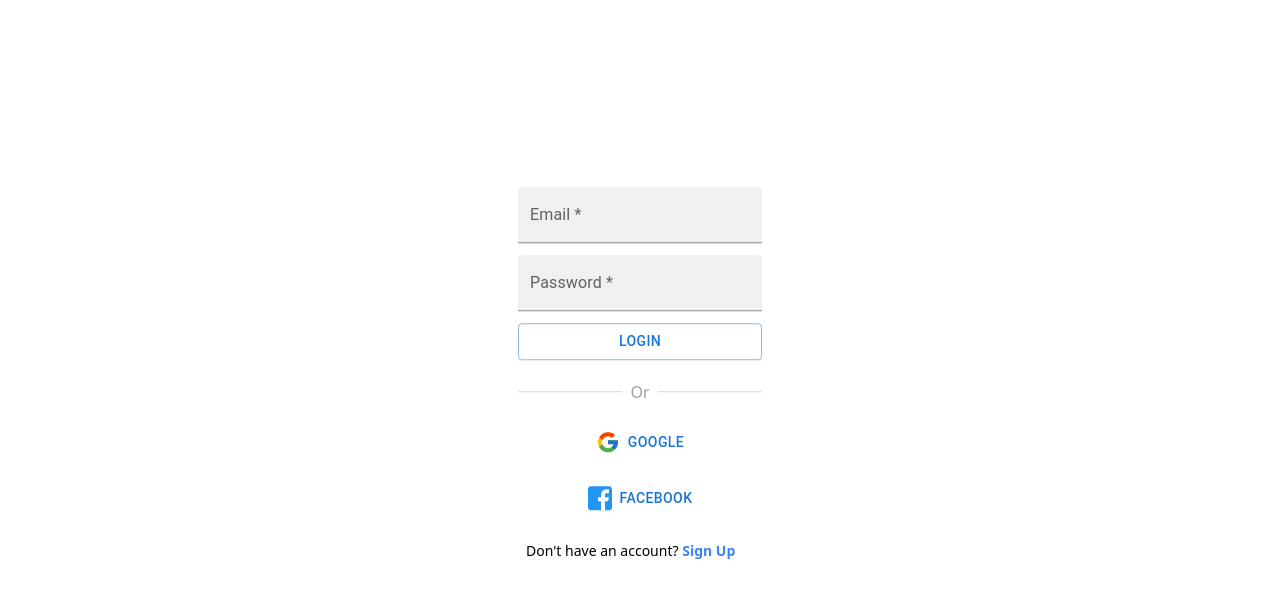
Repository: satya-ranjon/Instagram-clone-dev
Page: /login
These files come from the project's save history. The page is drawn as it stood at one moment and after the next save; the edit follows.
The browser window is 1280 px wide. The pictures show the whole page.
The project was rebuilt for these pictures with package versions that can differ from the ones it lists, and the page was loaded fresh each time. Also part of the build but not shown: src/components/PostDetiels/PostDetielPost.jsx, src/components/PostDetiels/PostDetielsHader.jsx, src/components/PostDetiels/SingleComment.jsx, src/components/PostDetiels/CommentDetiels.jsx, src/components/PostDetiels/Comment.jsx, src/components/PostDetiels/PostDitelsFooter.jsx, src/components/PostDetiels/PostDetielsContainer.jsx, src/components/Expolor/ExpolorPost.jsx and 37 more.

Above is the page before, as saved 2022-04-25 17:35:45.

### public/index.html
<!DOCTYPE html>
<html lang="en">
  <head>
    <meta charset="utf-8" />
    <link rel="icon" href="%PUBLIC_URL%/faveicon.png" />
    <meta name="viewport" content="width=device-width, initial-scale=1" />
    <meta name="theme-color" content="#000000" />
    <meta
      name="description"
      content="Web site created using create-react-app"
    />
    <link rel="apple-touch-icon" href="%PUBLIC_URL%/logo192.png" />
    <!--
      manifest.json provides metadata used when your web app is installed on a
      user's mobile device or desktop. See https://developers.google.com/web/fundamentals/web-app-manifest/
    -->
    <link rel="manifest" href="%PUBLIC_URL%/manifest.json" />
    <!--
      Notice the use of %PUBLIC_URL% in the tags above.
      It will be replaced with the URL of the `public` folder during the build.
      Only files inside the `public` folder can be referenced from the HTML.

      Unlike "/favicon.ico" or "favicon.ico", "%PUBLIC_URL%/favicon.ico" will
      work correctly both with client-side routing and a non-root public URL.
      Learn how to configure a non-root public URL by running `npm run build`.
    -->
    <title>React App</title>
  </head>
  <body>
    <noscript>You need to enable JavaScript to run this app.</noscript>
    <div id="root"></div>
    <!--
      This HTML file is a template.
      If you open it directly in the browser, you will see an empty page.

      You can add webfonts, meta tags, or analytics to this file.
      The build step will place the bundled scripts into the <body> tag.

      To begin the development, run `npm start` or `yarn start`.
      To create a production bundle, use `npm run build` or `yarn build`.
    -->
  </body>
</html>

### src/index.css
@import url("https://fonts.googleapis.com/css2?family=Kaushan+Script&display=swap");

@tailwind base;
@tailwind components;
@tailwind utilities;

@layer components {
  .grid___three {
    @apply grid grid-cols-1 sm:grid-cols-2 md:grid-cols-3 gap-2 lg:gap-4 transition-all duration-300 my-10 font-semibold mx-10  sm:mx-20 lg:mx-32 xl:mx-40;
  }
  .grid___two {
    @apply grid grid-cols-1 sm:grid-cols-2 gap-2 lg:gap-4  my-10 font-semibold mx-10 transition-all duration-300 sm:mx-20 lg:mx-32 xl:mx-40;
  }
  .grid___one {
    @apply grid grid-cols-1  gap-2 lg:gap-4  my-10 font-semibold mx-10 sm:mx-32 md:mx-44 transition-all duration-300 lg:mx-60 xl:mx-60;
  }
  .img__three {
    @apply bg-red-300 w-full h-[18rem] transition-all duration-300 sm:h-[14rem] xl:h-[18rem] 2xl:h-[28rem];
  }
  .img__two {
    @apply bg-red-300 w-full h-[18rem] transition-all duration-300 sm:h-[20rem] lg:h-[24rem] xl:h-[28rem] 2xl:h-[40rem];
  }
  .img__one {
    @apply bg-red-300 w-full h-[18rem] transition-all duration-300 sm:h-[20rem] lg:h-[32rem] xl:h-[40rem] 2xl:h-[52rem];
  }
  .button__btn {
    @apply text-sm bg-neutral-200 transition-all duration-300 hover:bg-neutral-300 my-auto p-1 px-3 rounded-sm font-semibold cursor-pointer;
  }
  .photo__feed {
    @apply grid grid-cols-2 md:grid-cols-3 lg:grid-cols-4 gap-3 sm:max-h-[26rem] h-fit sm:overflow-y-scroll;
  }
  .profile_section {
    @apply w-full px-10 sm:px-0 sm:w-[18rem] md:w-[25rem] lg:w-[38rem] xl:w-[50rem] 2xl:w-[60rem];
  }
  .image__i {
    @apply h-[12rem] sm:h-[10rem] lg:h-[12rem] w-full bg-red-200;
  }
  .video__v {
    @apply h-[20rem] md:h-full w-full bg-red-200 sm:col-span-2 row-span-2;
  }
  .post__detiels_model {
    @apply transition-all duration-300 sm:w-[36rem] lg:w-[60rem] xl:w-[75rem] h-[70rem]  lg:h-[50rem] flex lg:flex-row flex-col justify-between;
  }
}

@layer utilities {
  .text__2xl {
    font-size: 3rem;
  }
}

/* body::-webkit-scrollbar {
  display: none;
} */
.hide_scrollbar::-webkit-scrollbar {
  display: none;
  overflow: hidden;
}

#category {
  overflow: hidden;
}

.hover_show {
  top: -1000%;
  left: 0%;
  transition: all 0.3s;
}
.expolor:hover .hover_show {
  display: block;
  top: 0%;
}

.login__box {
  position: absolute;
  top: 50%;
  left: 50%;
  transform: translate(-50%, -50%);
}

### src/App.js
import { Route, Routes } from "react-router-dom";
import ExpolorContainer from "./components/Expolor/ExpolorContainer";
import HomeContainder from "./components/Home/HomeContainder";
import InboxContainer from "./components/Inbox/InboxContainer";
import LoginSign from "./components/LoginSign";
import PrivateRoutes from "./components/PrivateRoutes";
import ProfileContainer from "./components/Profile/ProfileContainer";

function App() {
  return (
    <>
      <Routes>
        <Route path="/*" element={<PrivateRoutes />}>
          <Route path="" element={<HomeContainder />} />
          <Route path="inbox" element={<InboxContainer />} />
          <Route path="profile" element={<ProfileContainer />} />
          <Route path="expolor" element={<ExpolorContainer />} />
        </Route>
        <Route path="/login" element={<LoginSign />} />
        <Route path="/signup" element={<LoginSign />} />
      </Routes>
    </>
  );
}

export default App;

### src/components/LoginSign.jsx
import { Button, TextField } from "@mui/material";
import React from "react";
import { FcGoogle } from "react-icons/fc";
import facebook from "../Assets/image/facebook.png";
import { Link, useLocation } from "react-router-dom";
export default function LoginSign() {
  const { pathname } = useLocation();
  return (
    <div className=" w-full h-screen">
      <div className="login__box">
        <div className=" space-y-5">
          <form className=" space-y-3">
            {pathname === "/login" || (
              <TextField
                className="w-full"
                id="filled-basic"
                label="Username *"
                variant="filled"
              />
            )}
            <br />
            <TextField
              className="w-full"
              id="filled-basic"
              label="Email *"
              variant="filled"
            />
            <br />
            <TextField
              className="w-full"
              id="filled-basic"
              label="Password *"
              variant="filled"
            />
            <br />
            <Button className="w-full" variant="outlined">
              Login
            </Button>
          </form>
          <div className="flex justify-between space-x-2 text-gray-400">
            <div className="w-full h-[1px] bg-gray-300 my-auto"></div>
            <div className="">Or</div>
            <div className="w-full h-[1px] bg-gray-300 my-auto"></div>
          </div>
          <Button variant="text" className=" w-full flex space-x-2">
            <FcGoogle className=" text-2xl" />
            <p className="">Google</p>
          </Button>
          <Button variant="text" className=" w-full flex space-x-2">
            <img src={facebook} alt="" />
            <p className=" ">Facebook</p>
          </Button>
        </div>
        <div className="w-ful text-sm p-2 mt-4">
          <p>
            Don't have an account?
            <Link
              to={`${pathname === "/login" ? "/signup" : "/login"}`}
              className=" text-blue-500 font-semibold cursor-pointer"
            >
              {pathname === "/login" ? " Sign Up" : " Login"}
            </Link>
          </p>
        </div>
      </div>
    </div>
  );
}

### tailwind.config.js
module.exports = {
  content: ["./src/**/*.{js,jsx,ts,tsx}"],
  theme: {
    extend: {
      screens: {
        "3sm": "380px",
        "2sm": "480px",
        "4sm": "640px",
        "2lg": "1160px",
      },
    },
  },
  plugins: [require("tailwind-scrollbar")],
};

Loaded but not shown: src/index.js (common file)

After the next save:
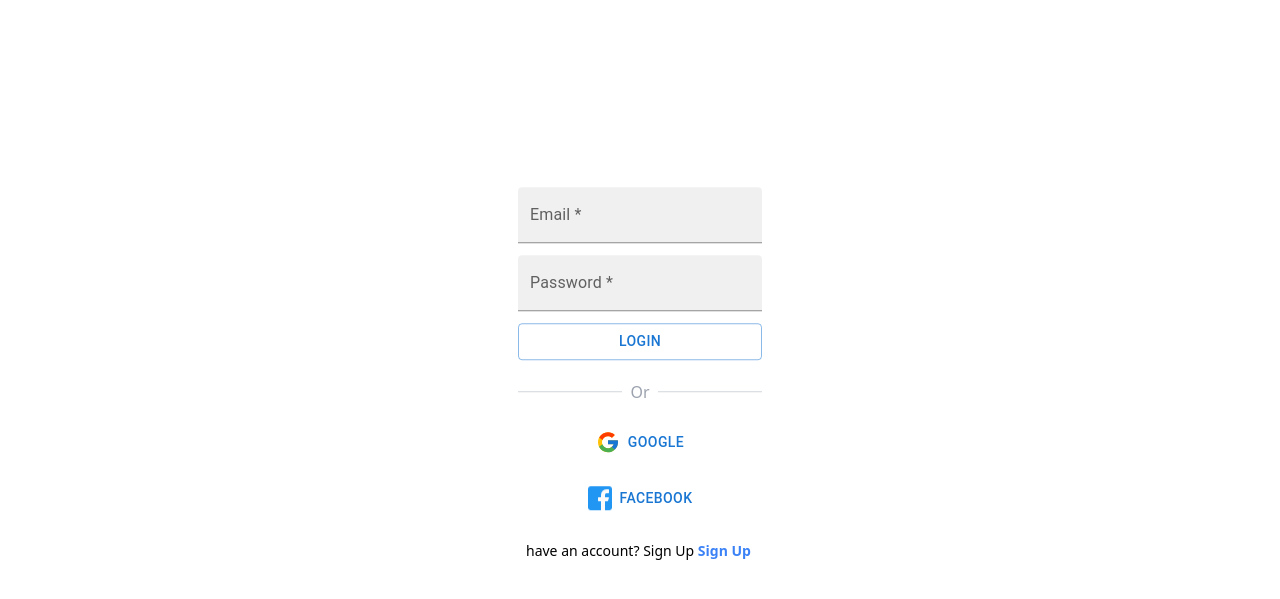
Saved 56 s later.
--- a/src/components/LoginSign.jsx
+++ b/src/components/LoginSign.jsx
@@ -53,7 +53,8 @@
         </div>
         <div className="w-ful text-sm p-2 mt-4">
           <p>
-            Don't have an account?
+            have an account?
+            {pathname === "/login" ? " Sign Up" : " Login"}
             <Link
               to={`${pathname === "/login" ? "/signup" : "/login"}`}
               className=" text-blue-500 font-semibold cursor-pointer"

After the save that followed:
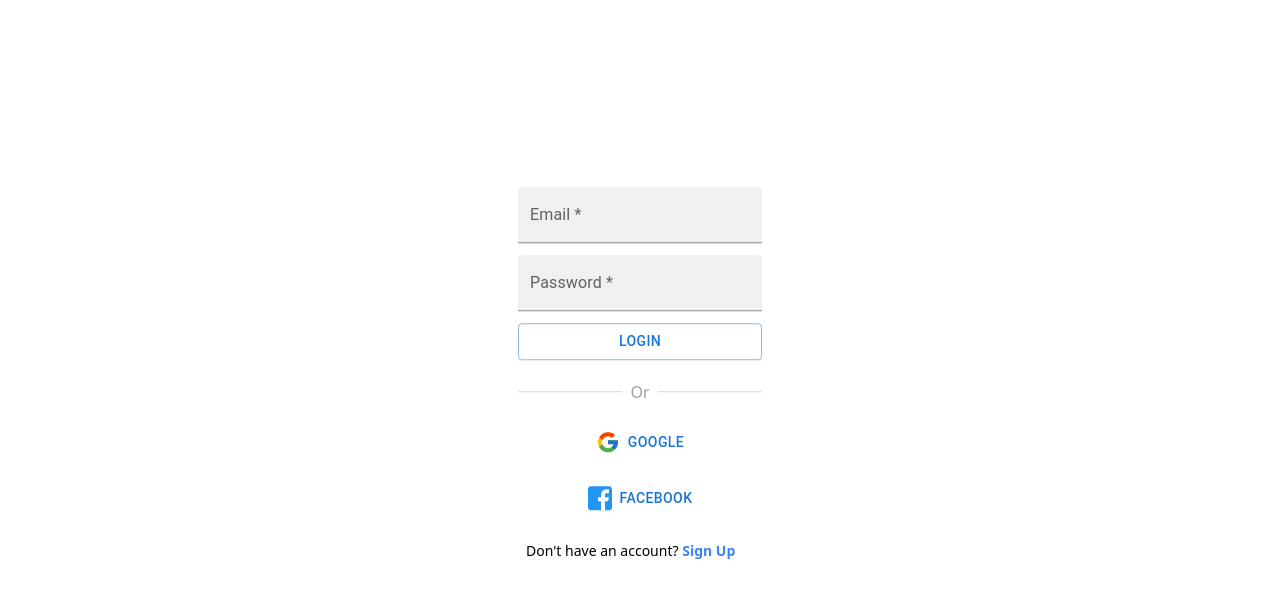
Saved 19 s later.
--- a/src/components/LoginSign.jsx
+++ b/src/components/LoginSign.jsx
@@ -53,8 +53,7 @@
         </div>
         <div className="w-ful text-sm p-2 mt-4">
           <p>
-            have an account?
-            {pathname === "/login" ? " Sign Up" : " Login"}
+            {pathname === "/login" ? " Don't " : " Login"} have an account?
             <Link
               to={`${pathname === "/login" ? "/signup" : "/login"}`}
               className=" text-blue-500 font-semibold cursor-pointer"
